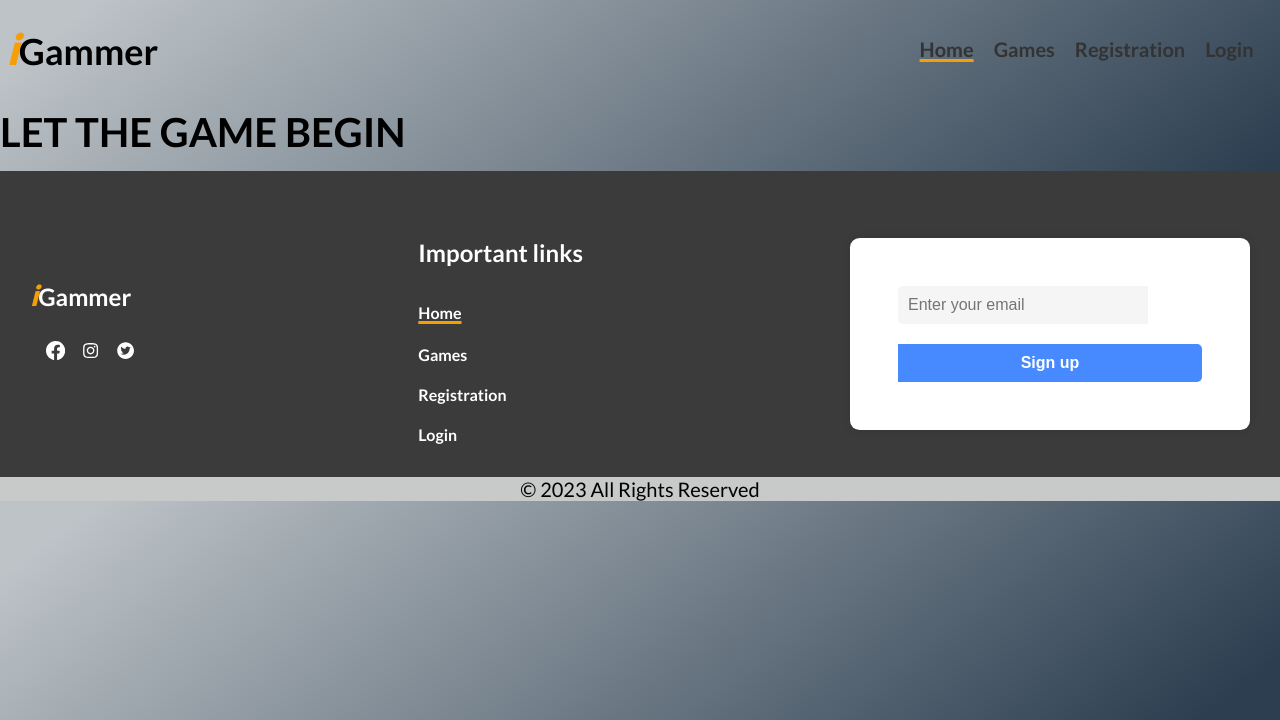
Repository: DannyMyles/iGammer
Page: /
An editor plug-in stored every save of this project. The page is shown before and after the next save, followed by the edit.
The browser window is 1280 px wide. The pictures show the whole page.
The project was rebuilt for these pictures with package versions that can differ from the ones it lists, and the page was loaded fresh each time. Also part of the build but not shown: src/pages/games/games.css, src/pages/games/Games.tsx, src/pages/home/home.css, src/pages/login/Login.tsx, src/pages/playgame/playgame.css, src/pages/playgame/PlayGame.tsx, src/pages/register/register.css, src/pages/register/Register.tsx.

Above is the page before, as saved 2023-03-16 13:22:23.

After the next save:
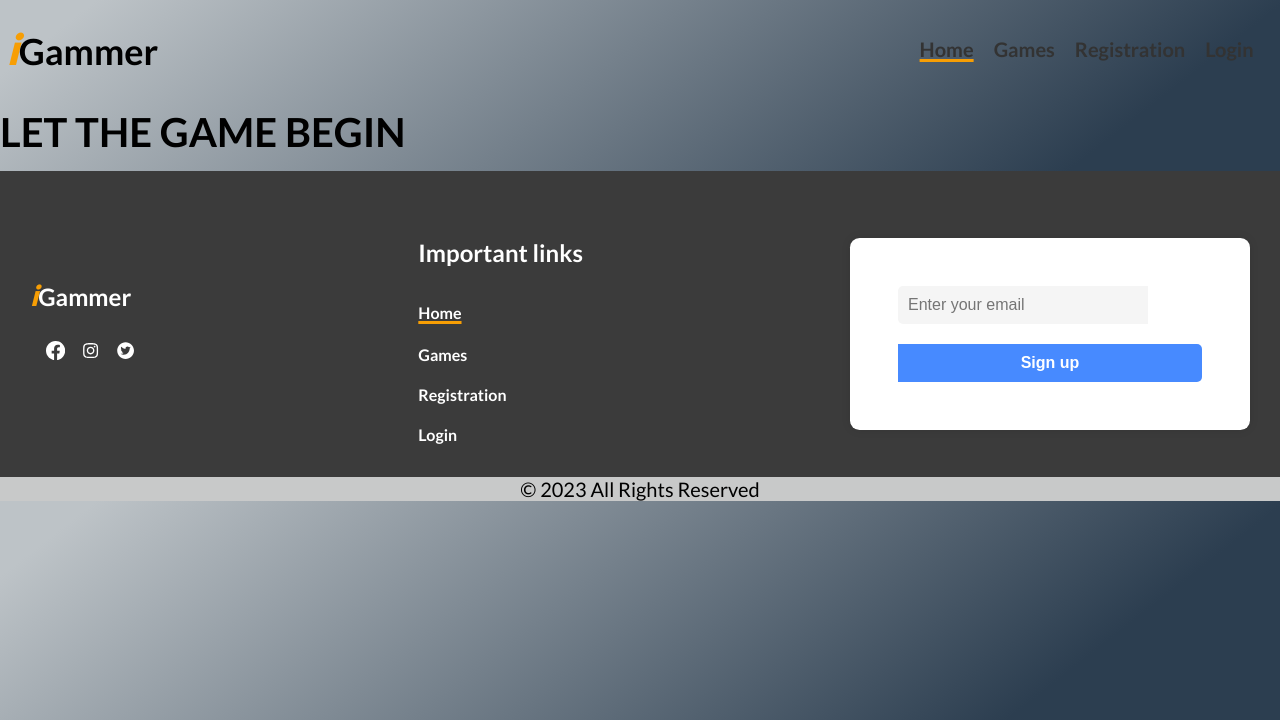
Saved 8 s later.
--- a/src/index.css
+++ b/src/index.css
@@ -7,7 +7,7 @@ body {
 	margin: 0;
 	padding: 0;
 	background: linear-gradient(#bdc3c7 → #2c3e50);
-	background: linear-gradient(142deg, #bdc3c7 5%, #2c3e50 77%);
+	background: linear-gradient(142deg, #bdc3c7 5%, #2c3e50 67%);
 	align-items: center;
 	flex-direction: column;
 	font-family: 'Lato', sans-serif;
